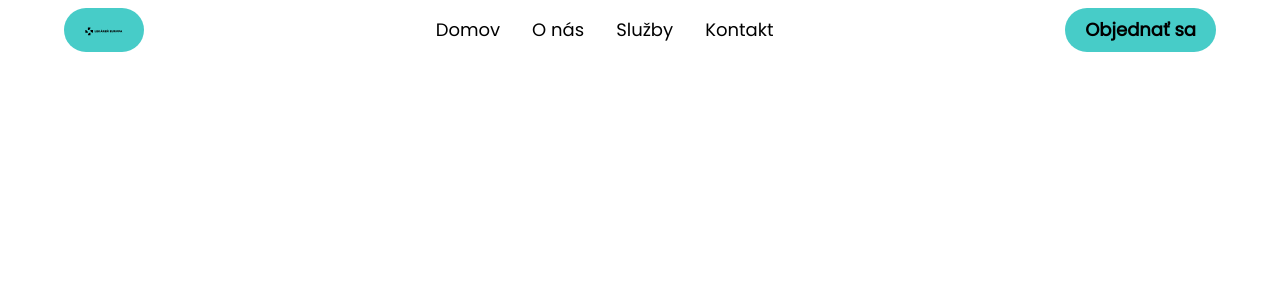
Repository: SimonSkoda13/Lekaren
Page: /version1
The author's editor kept a copy of each file at every save. The page is drawn from the files as they stood at one save, then again after the next save.
The browser window is 1280 px wide. The pictures show the whole page.
The project was rebuilt for these pictures with package versions that can differ from the ones it lists, and the page was loaded fresh each time. The framework's server and built-in components were replaced by stand-ins that run in the browser. Also part of the build but not shown: next.config.js.

Above is the page before, as saved 2023-04-22 19:26:28.

After the next save:
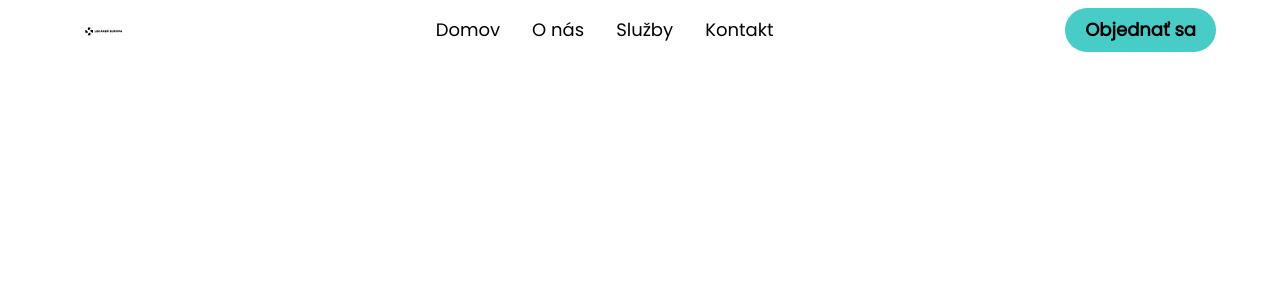
Saved 20 s later.
--- a/src/app/components/Header/Header.tsx
+++ b/src/app/components/Header/Header.tsx
@@ -9,7 +9,7 @@ export const Header = (props: HeaderProps) => {
     <header className="cntn fixed w-full top-2 z-10">
       <div className="flex bg-white rounded-full ">
         {/* logo */}
-        <div className="flex justify-center items-center px-5 p-0 bg-primary rounded-full">
+        <div className="flex justify-center items-center px-5 p-0">
           <Link href="/">
             <img src="/headerLogo.svg" alt="logo" className="w-10 h-10" />
           </Link>
